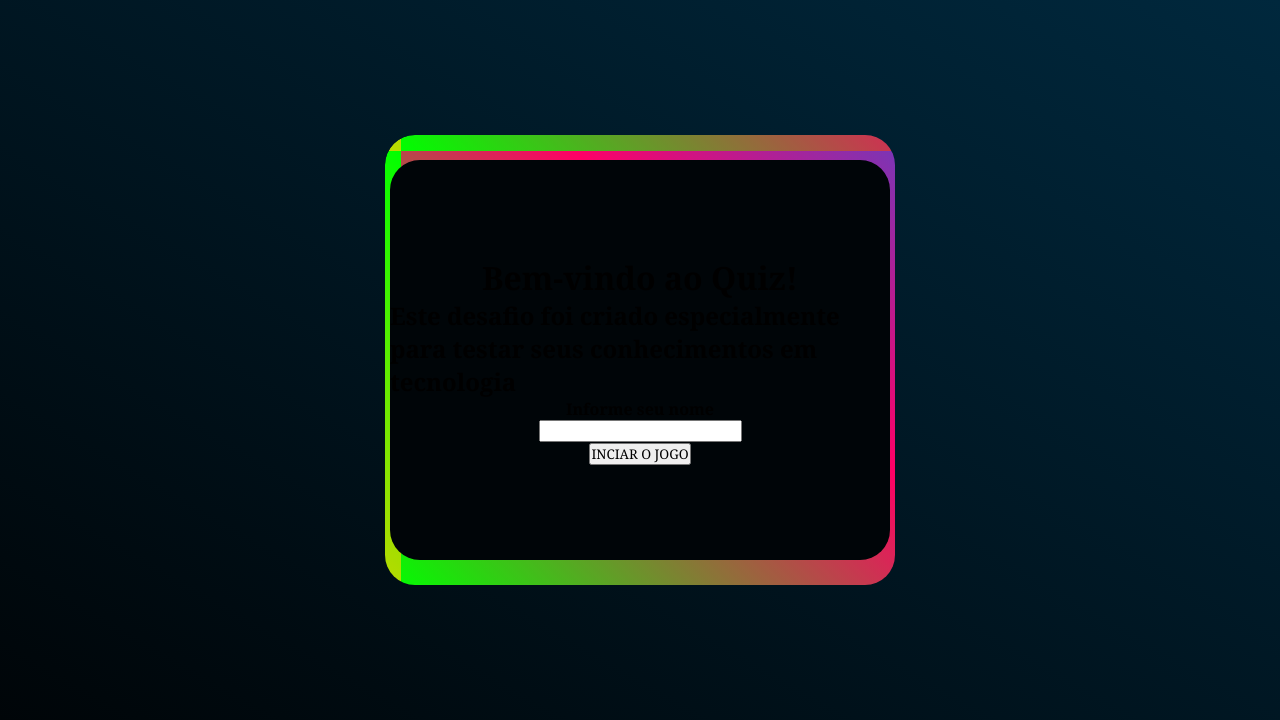
Repository: LaisSilvaO/Projeto-Quizz
Page: telas/apresentação.html
The author's editor kept a copy of each file at every save. The page is drawn from the files as they stood at one save, then again after the next save.
The browser window is 1280 px wide. The pictures show the whole page.

Above is the page before, as saved 2024-12-25 19:50:28.

After the next save:
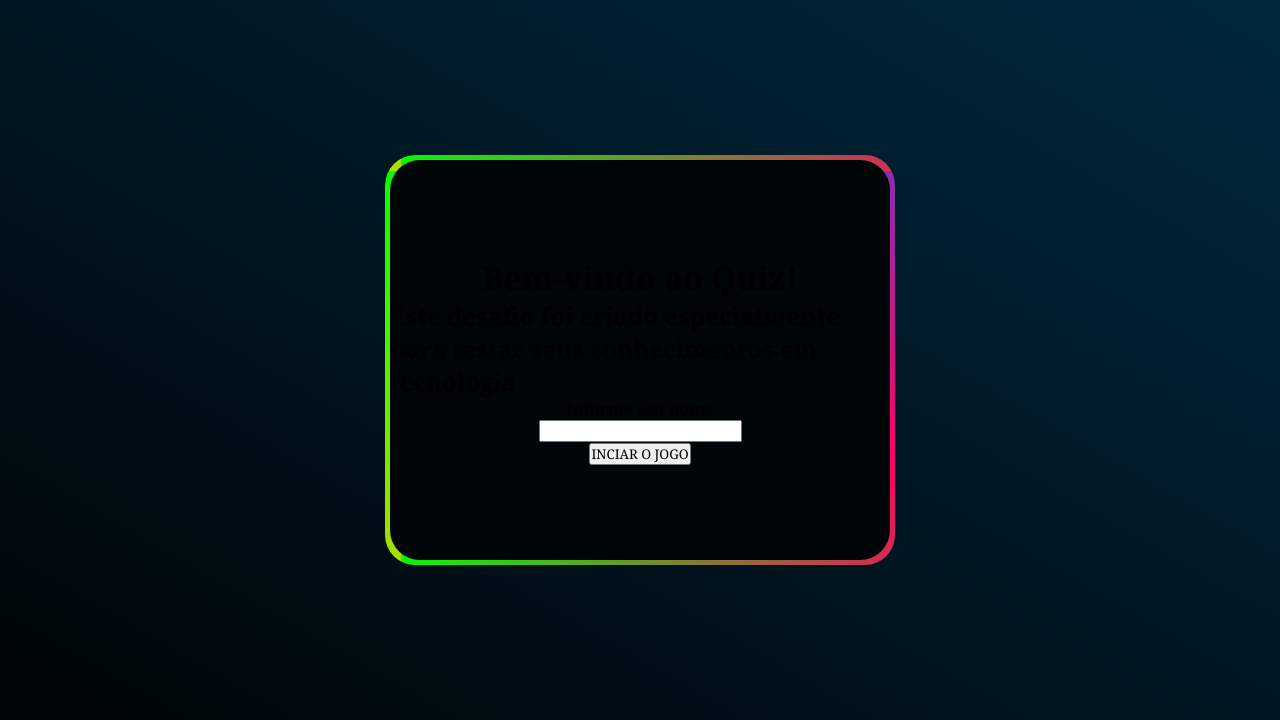
Saved 7 s later.
--- a/img/tela.css
+++ b/img/tela.css
@@ -28,7 +28,7 @@ main {
 .box1{
   position: relative;
   width: 510px;
-  height: 450px;
+  height: 410px;
 
   border-radius: 30px;
   display: flex;
